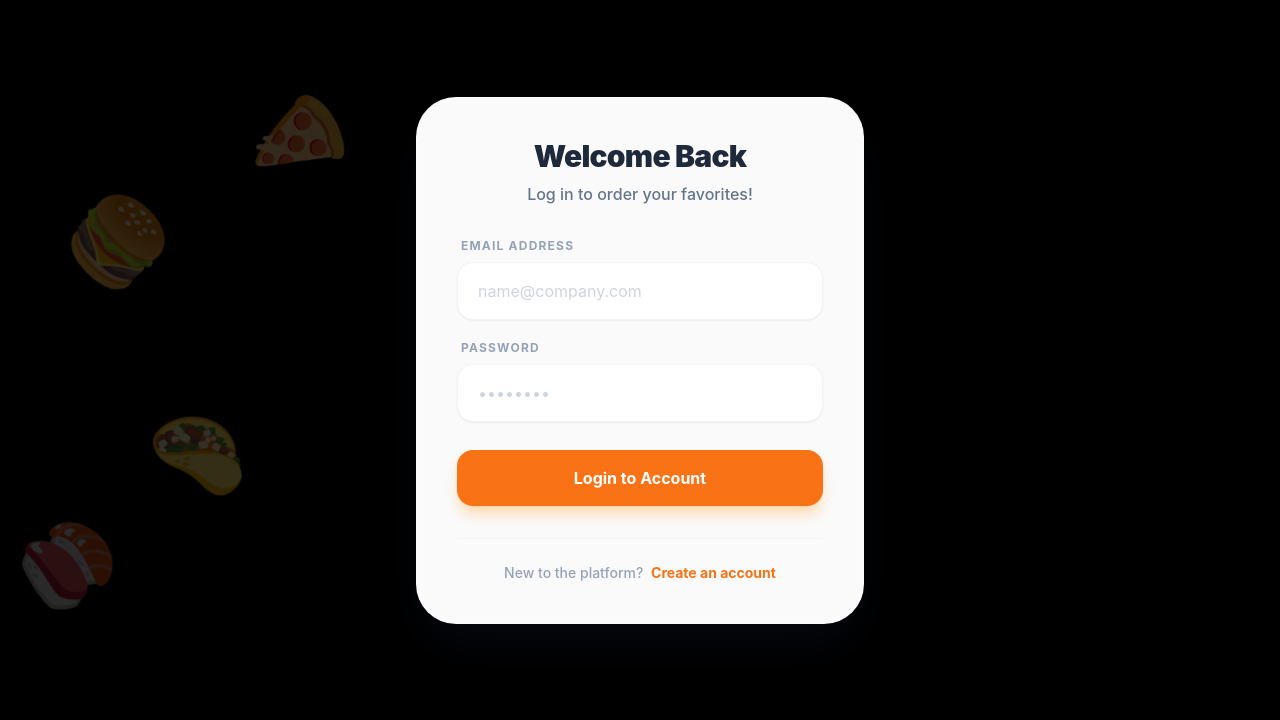
Repository: Yadavilli-KeerthiSri/practice-Sprint-project
Page: http://localhost/auth/login
An editor plug-in stored every save of this project. The page is shown before and after the next save, followed by the edit.
The browser window is 1280 px wide. The pictures show the whole page.
Some web libraries are served in a nearby version. The page is this project's Thymeleaf template; nobody is signed in. The template is opened directly, without the code that normally fills it, so the values that code supplies are empty.

Above is the page before, as saved 2026-02-04 05:49:44.

After the next save:
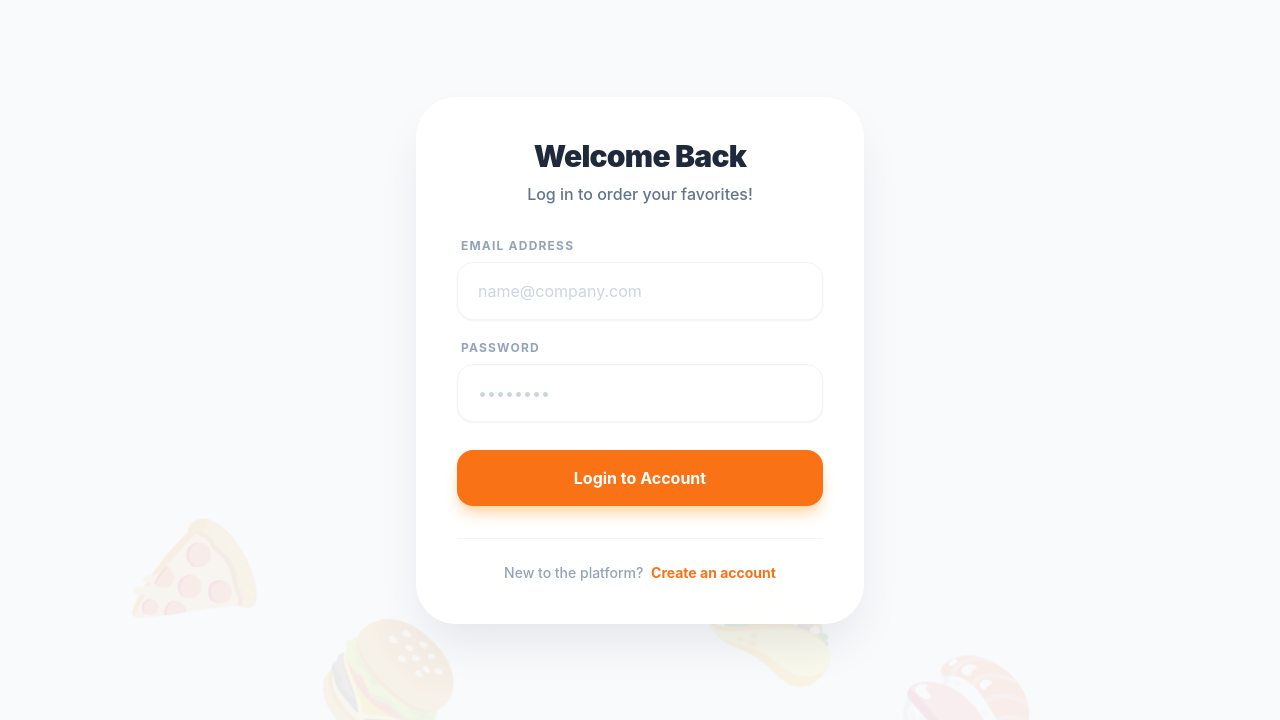
Saved 83 s later.
--- a/SprintProject/10-Food-Delivery-System-Project/src/main/resources/templates/auth/login.html
+++ b/SprintProject/10-Food-Delivery-System-Project/src/main/resources/templates/auth/login.html
@@ -11,16 +11,16 @@
     <style>
         body {
             font-family: 'Inter', sans-serif;
-            /* Solid black background as requested */
-            background-color: #000000;
+            /* Light, clean background color */
+            background-color: #f8fafc;
             overflow: hidden; /* Prevents scrollbars from floating icons */
         }
 
         .glass-card {
-            /* Adjusted card style for high contrast on black background */
-            background: rgba(255, 255, 255, 0.98);
+            /* Adjusted card style for high contrast on light background */
+            background: rgba(255, 255, 255, 0.95);
             backdrop-filter: blur(12px);
-            border: 1px solid rgba(255, 255, 255, 0.2);
+            border: 1px solid rgba(255, 255, 255, 0.5);
             position: relative;
             z-index: 10;
         }
@@ -38,24 +38,27 @@
 
         .floating-item {
             position: absolute;
-            left: -100px;
+            /* Start below the screen */
+            bottom: -150px;
             /* Increased font size for larger icons */
-            font-size: 5rem;
-            opacity: 0.2;
-            animation: floatRight linear infinite;
-            top: calc(var(--v) * 1vh);
+            font-size: 7rem;
+            opacity: 0.1; /* Very subtle visibility on light background */
+            animation: floatUp linear infinite;
+            /* Added horizontal position variable for variety */
+            left: calc(var(--h) * 1vw);
         }
 
-        /* Keyframe animation updated to move LEFT to RIGHT */
-        @keyframes floatRight {
+        /* Keyframe animation updated to move DOWN to UP */
+        @keyframes floatUp {
             0% {
-                transform: translateX(0) rotate(0deg);
+                transform: translateY(0) rotate(0deg);
                 opacity: 0;
             }
-            10% { opacity: 0.2; }
-            90% { opacity: 0.2; }
+            10% { opacity: 0.1; }
+            90% { opacity: 0.1; }
             100% {
-                transform: translateX(110vw) rotate(360deg);
+                /* End above the top of the screen */
+                transform: translateY(-120vh) rotate(360deg);
                 opacity: 0;
             }
         }
@@ -65,20 +68,19 @@
 
     <!-- Floating Food Items (Emojis) -->
     <div class="food-container">
-        <!-- Different vertical positions (--v) and durations for variety -->
-        <span class="floating-item" style="--v:10; animation-duration: 20s;">🍕</span>
-        <span class="floating-item" style="--v:25; animation-duration: 25s; animation-delay: 2s;">🍔</span>
-        <span class="floating-item" style="--v:40; animation-duration: 22s; animation-delay: 5s;">🍟</span>
-        <span class="floating-item" style="--v:55; animation-duration: 28s;">🌮</span>
-        <span class="floating-item" style="--v:70; animation-duration: 24s; animation-delay: 3s;">🍣</span>
-        <span class="floating-item" style="--v:85; animation-duration: 18s; animation-delay: 7s;">🍜</span>
+        <!-- Different horizontal positions (--h) and durations for variety -->
+        <span class="floating-item" style="--h:10; animation-duration: 20s;">🍕</span>
+        <span class="floating-item" style="--h:25; animation-duration: 25s; animation-delay: 2s;">🍔</span>
+        <span class="floating-item" style="--h:40; animation-duration: 22s; animation-delay: 5s;">🍟</span>
+        <span class="floating-item" style="--h:55; animation-duration: 28s;">🌮</span>
+        <span class="floating-item" style="--h:70; animation-duration: 24s; animation-delay: 3s;">🍣</span>
+        <span class="floating-item" style="--h:85; animation-duration: 18s; animation-delay: 7s;">🍜</span>
     </div>
 
-    <div class="max-w-md w-full glass-card rounded-[2.5rem] shadow-2xl shadow-slate-900/40 p-10">
+    <div class="max-w-md w-full glass-card rounded-[2.5rem] shadow-2xl shadow-slate-900/10 p-10">
 
         <!-- Logo & Header -->
         <div class="text-center mb-8">
-            <!-- The pizza icon div has been removed -->
             <h2 class="text-3xl font-black text-slate-800 tracking-tight">Welcome Back</h2>
             <p class="text-slate-500 mt-2 font-medium">Log in to order your favorites!</p>
         </div>
